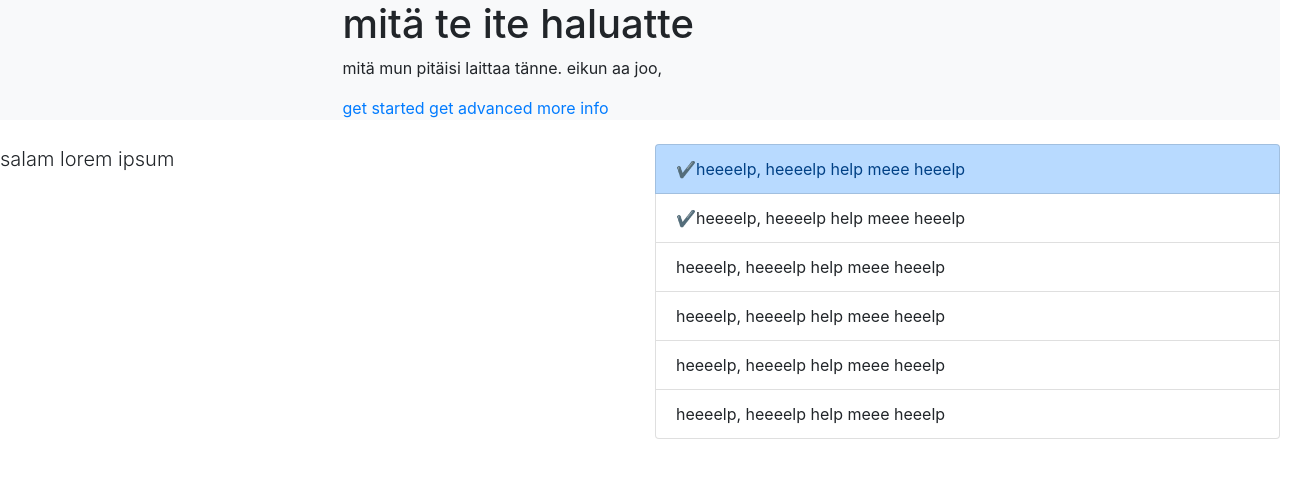
Repository: jessehapuli/jessehapuli.github.io
Page: Bootstrap/index.html
These files come from the project's save history. The page is drawn as it stood at one moment and after the next save; the edit follows.
The browser window is 1280 px wide. The page is 1295 px wide, so the pictures cover 1295 px, including what lies to the right of the window. The pictures show the whole page.

Above is the page before, as saved 2024-04-24 10:38:09.

After the next save:
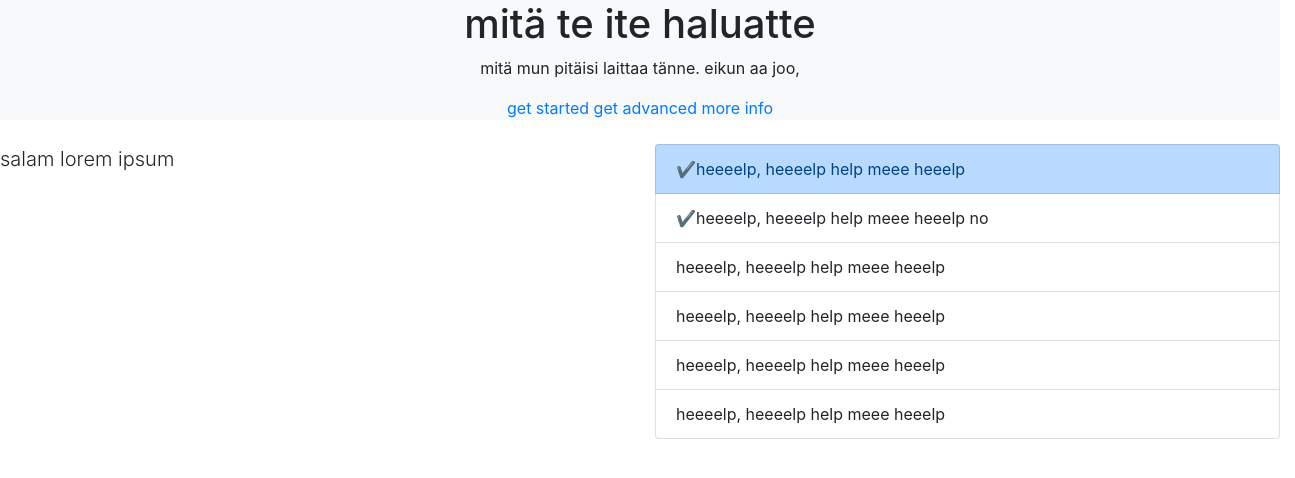
Saved 17 min 14 s later.
--- a/Bootstrap/index.html
+++ b/Bootstrap/index.html
@@ -12,7 +12,7 @@
   </head>
   <body>
 
-    <section class="container-fluid bg-light">
+    <section class="container-fluid bg-light text-center">
       <div class="rov">
         <div class="offset-md-3 col-md-6">
           <h1>mitä te ite haluatte</h1>
@@ -32,7 +32,7 @@
         <div class="col-md-6">
           <ul class="list-group">
             <li class="list-group-item list-group-item-primary"><span>&#10004;</span>heeeelp, heeeelp help meee heeelp</li>
-            <li class="list-group-item"><span>&#10004;</span>heeeelp, heeeelp help meee heeelp</li>
+            <li class="list-group-item"><span>&#10004;</span>heeeelp, heeeelp help meee heeelp no</li>
             <li class="list-group-item">heeeelp, heeeelp help meee heeelp</li>
             <li class="list-group-item">heeeelp, heeeelp help meee heeelp</li>
             <li class="list-group-item">heeeelp, heeeelp help meee heeelp</li>
